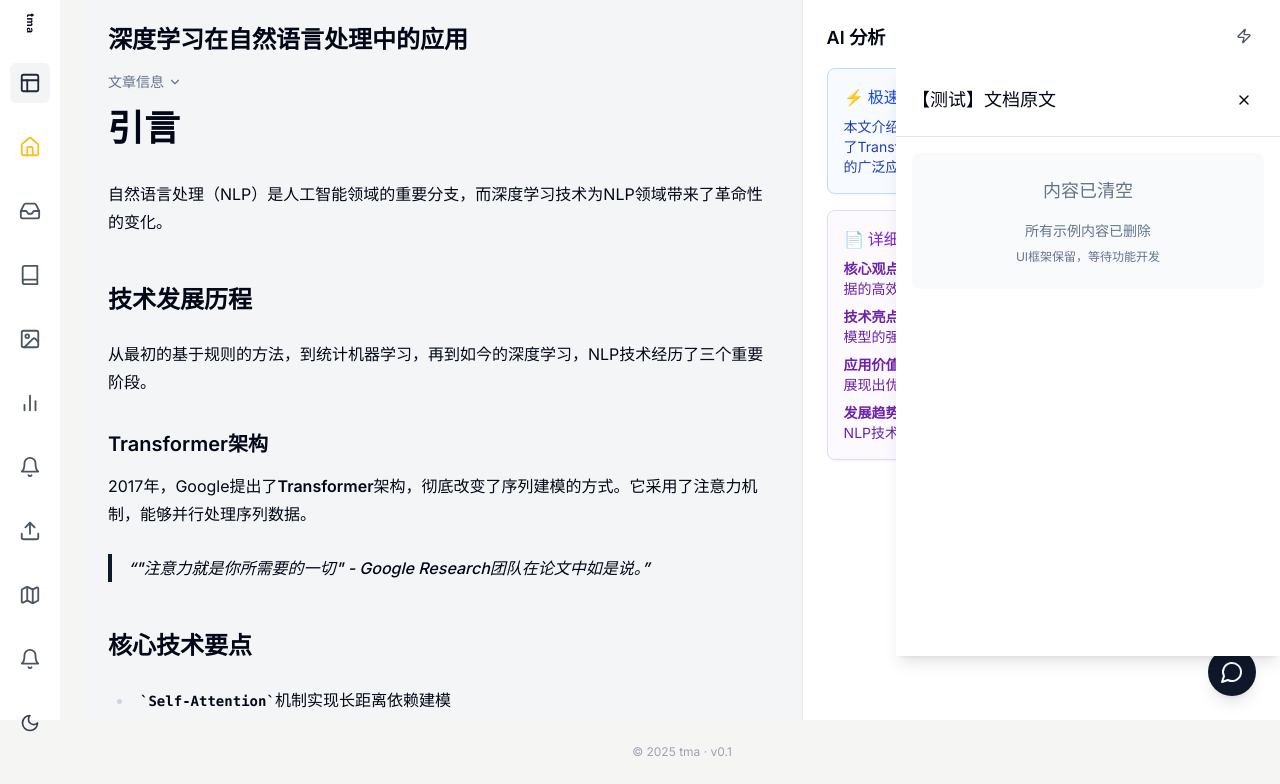
Repository: huzi7555/zsk888
Page: /demo, after clicking the first element matching `button.fixed`
The author's editor kept a copy of each file at every save. The page is drawn from the files as they stood at one save, then again after the next save.
The browser window is 1280 px wide. The pictures show the whole page.
An inner scrolling area shows only its first screen. The project was rebuilt for these pictures with package versions that can differ from the ones it lists, and the page was loaded fresh each time. The framework's server and built-in components were replaced by stand-ins that run in the browser. Also part of the build but not shown: next.config.mjs, app/components/RichEditor.tsx, app/components/SourceSelector.tsx, app/components/TagChip.tsx, app/store.ts, app/utils/aiFake.ts, app/utils/docParsers.ts, components/ui/input.tsx and 2 more.

Above is the page before, as saved 2025-06-11 11:00:32.

### app/layout.tsx
import "@/app/globals.css"
import type { ReactNode } from "react"
import { ThemeProvider } from "@/components/theme-provider"
import type { Metadata } from "next"
import { Inter as FontSans } from "next/font/google"
import { cn } from "@/lib/utils"
import LayoutShell from "@/app/components/LayoutShell"

const fontSans = FontSans({
  subsets: ["latin"],
  variable: "--font-sans",
})

export const metadata: Metadata = {
  title: "Taskmaster AI",
  description: "Your intelligent task management assistant.",
}

export default function RootLayout({ children }: { children: ReactNode }) {
  return (
    <html lang="en" suppressHydrationWarning>
      <head />
      <body
        className={cn(
          "min-h-screen bg-stone-100 font-sans antialiased dark:bg-stone-950",
          fontSans.variable
        )}
      >
        <ThemeProvider attribute="class" defaultTheme="system" enableSystem disableTransitionOnChange>
          <LayoutShell>{children}</LayoutShell>
        </ThemeProvider>
      </body>
    </html>
  )
}

### app/demo/page.tsx
import ArticleAnalysisLayout from "@/components/ArticleAnalysisLayout";

export default function DemoPage() {
  const mockArticle = {
    title: "深度学习在自然语言处理中的应用",
    content: `
      <h1>引言</h1>
      <p>自然语言处理（NLP）是人工智能领域的重要分支，而深度学习技术为NLP领域带来了革命性的变化。</p>

      <h2>技术发展历程</h2>
      <p>从最初的基于规则的方法，到统计机器学习，再到如今的深度学习，NLP技术经历了三个重要阶段。</p>

      <h3>Transformer架构</h3>
      <p>2017年，Google提出了<strong>Transformer</strong>架构，彻底改变了序列建模的方式。它采用了注意力机制，能够并行处理序列数据。</p>

      <blockquote>
        <p>"注意力就是你所需要的一切" - Google Research团队在论文中如是说。</p>
      </blockquote>

      <h2>核心技术要点</h2>
      <ul>
        <li><code>Self-Attention</code>机制实现长距离依赖建模</li>
        <li>多头注意力提升模型表达能力</li>
        <li>位置编码处理序列位置信息</li>
        <li>残差连接和层归一化确保训练稳定性</li>
      </ul>

      <h2>应用场景</h2>
      <p>深度学习在NLP中的应用非常广泛：</p>
      <ol>
        <li>机器翻译系统</li>
        <li>文本摘要生成</li>
        <li>对话系统与聊天机器人</li>
        <li>情感分析与文本分类</li>
      </ol>

      <h2>未来展望</h2>
      <p>随着大型语言模型的不断发展，我们期待看到更多创新的应用场景。从GPT系列到最新的多模态模型，技术发展日新月异。</p>
    `,
    meta: (
      <div className="space-y-2">
        <div><strong>作者:</strong> AI研究团队</div>
        <div><strong>发布时间:</strong> 2024年1月15日</div>
        <div><strong>字数:</strong> 约 1,200 字</div>
        <div><strong>标签:</strong> 深度学习, NLP, Transformer, AI</div>
        <div><strong>来源:</strong> 技术博客</div>
      </div>
    )
  };

  const mockAnalysis = {
    speedy: (
      <div>
        <h4 className="font-medium text-blue-700 mb-2">⚡ 极速摘要</h4>
        <p className="text-sm text-blue-800">
          本文介绍了深度学习在自然语言处理中的革命性应用，重点阐述了Transformer架构的重要性及其在机器翻译、文本摘要等领域的广泛应用前景。
        </p>
      </div>
    ),
    detail: (
      <div>
        <h4 className="font-medium text-purple-700 mb-2">📄 详细分析</h4>
        <div className="text-sm text-purple-800 space-y-2">
          <p><strong>核心观点:</strong> Transformer架构通过自注意力机制实现了对序列数据的高效并行处理。</p>
          <p><strong>技术亮点:</strong> 多头注意力、位置编码、残差连接等关键技术确保了模型的强大表达能力。</p>
          <p><strong>应用价值:</strong> 在机器翻译、对话系统、文本分类等多个NLP任务中展现出优异性能。</p>
          <p><strong>发展趋势:</strong> 从GPT到多模态模型，大型语言模型正在不断推动NLP技术边界。</p>
        </div>
      </div>
    )
  };

  return (
    <div className="h-screen">
      <ArticleAnalysisLayout
        article={mockArticle}
        analysis={mockAnalysis}
      />
    </div>
  );
}

### app/globals.css
@tailwind base;
@tailwind components;
@tailwind utilities;

body {
  font-family: Arial, Helvetica, sans-serif;
}

@layer utilities {
  .text-balance {
    text-wrap: balance;
  }
}

@layer base {
  :root {
    --background: 0 0% 100%;
    --foreground: 222.2 84% 4.9%;
    --card: 0 0% 100%;
    --card-foreground: 222.2 84% 4.9%;
    --popover: 0 0% 100%;
    --popover-foreground: 222.2 84% 4.9%;
    --primary: 222.2 47.4% 11.2%;
    --primary-foreground: 210 40% 98%;
    --secondary: 210 40% 96.1%;
    --secondary-foreground: 222.2 47.4% 11.2%;
    --muted: 210 40% 96.1%;
    --muted-foreground: 215.4 16.3% 46.9%;
    --accent: 210 40% 96.1%;
    --accent-foreground: 222.2 47.4% 11.2%;
    --destructive: 0 84.2% 60.2%;
    --destructive-foreground: 210 40% 98%;
    --border: 214.3 31.8% 91.4%;
    --input: 214.3 31.8% 91.4%;
    --ring: 222.2 84% 4.9%;
    --chart-1: 12 76% 61%;
    --chart-2: 173 58% 39%;
    --chart-3: 197 37% 24%;
    --chart-4: 43 74% 66%;
    --chart-5: 27 87% 67%;
    --radius: 0.5rem;
    --sidebar-background: 0 0% 98%; /* Will be overridden by global background */
    --sidebar-foreground: 240 5.3% 26.1%;
    --sidebar-primary: 240 5.9% 10%;
    --sidebar-primary-foreground: 0 0% 98%;
    --sidebar-accent: 240 4.8% 95.9%;
    --sidebar-accent-foreground: 240 5.9% 10%;
    --sidebar-border: 220 13% 91%;
    --sidebar-ring: 217.2 91.2% 59.8%;
    --page-bg: var(--background); /* Added for static header background */
  }
  .dark {
    --background: 222.2 84% 4.9%;
    --foreground: 210 40% 98%;
    --card: 222.2 84% 4.9%;
    --card-foreground: 210 40% 98%;
    --popover: 222.2 84% 4.9%;
    --popover-foreground: 210 40% 98%;
    --primary: 210 40% 98%;
    --primary-foreground: 222.2 47.4% 11.2%;
    --secondary: 217.2 32.6% 17.5%;
    --secondary-foreground: 210 40% 98%;
    --muted: 217.2 32.6% 17.5%;
    --muted-foreground: 215 20.2% 65.1%;
    --accent: 217.2 32.6% 17.5%;
    --accent-foreground: 210 40% 98%;
    --destructive: 0 62.8% 30.6%;
    --destructive-foreground: 210 40% 98%;
    --border: 217.2 32.6% 17.5%;
    --input: 217.2 32.6% 17.5%;
    --ring: 212.7 26.8% 83.9%;
    --chart-1: 220 70% 50%;
    --chart-2: 160 60% 45%;
    --chart-3: 30 80% 55%;
    --chart-4: 280 65% 60%;
    --chart-5: 340 75% 55%;
    --sidebar-background: 240 5.9% 10%; /* Will be overridden by global background */
    --sidebar-foreground: 240 4.8% 95.9%;
    --sidebar-primary: 224.3 76.3% 48%;
    --sidebar-primary-foreground: 0 0% 100%;
    --sidebar-accent: 240 3.7% 15.9%;
    --sidebar-accent-foreground: 240 4.8% 95.9%;
    --sidebar-border: 240 3.7% 15.9%;
    --sidebar-ring: 217.2 91.2% 59.8%;
    --page-bg-dark: var(--background); /* Added for static header background in dark mode */
  }
}

@layer base {
  * {
    @apply border-border;
  }
  html,
  body {
    /* Changed from body to html, body */
    @apply bg-background text-foreground;
  }
}

/* Markdown styling for prose */
.prose {
  color: var(--foreground);
}

.prose h1,
.prose h2,
.prose h3,
.prose h4,
.prose h5,
.prose h6 {
  color: var(--foreground);
}

.prose p {
  color: var(--foreground);
}

.prose a {
  color: var(--primary);
}

.prose code {
  background-color: var(--muted);
  color: var(--muted-foreground);
}

.prose pre {
  background-color: var(--muted);
  color: var(--muted-foreground);
}

.dark .prose {
  color: var(--foreground); /* In dark mode, foreground is light */
}

.dark .prose h1,
.dark .prose h2,
.dark .prose h3,
.dark .prose h4,
.dark .prose h5,
.dark .prose h6 {
  color: var(--foreground);
}

.dark .prose p {
  color: var(--foreground);
}

.dark .prose a {
  color: var(--primary); /* Primary is light in dark mode */
}

.dark .prose code {
  background-color: var(--muted);
  color: var(--muted-foreground);
}

.dark .prose pre {
  background-color: var(--muted);
  color: var(--muted-foreground);
}

### app/components/LayoutShell.tsx
"use client"
import { useState, type ReactNode } from "react"
import { LayoutPanelLeft } from "lucide-react"
import SideBar from "@/app/components/SideBar"
import { SiteFooter } from "@/app/components/SiteFooter"
import AppHeader from "@/app/components/AppHeader"
export default function LayoutShell({ children }: { children: ReactNode }) {
  const [collapsed, setCollapsed] = useState(false)

  const toggleCollapsed = () => setCollapsed(!collapsed)

  return (
    <>
      {/* SideBar with toggle function passed */}
      <SideBar collapsed={collapsed} toggleCollapsed={toggleCollapsed} />

      {/* AppHeader with quick upload button */}
      <AppHeader />

      {/* Collapsed state toggle button - only visible when sidebar is collapsed */}
      {collapsed && (
        <button
          onClick={toggleCollapsed}
          aria-label="Expand sidebar"
          className="fixed top-4 left-4 z-40 w-10 h-10 rounded-md bg-white shadow-sm transition
                   text-gray-800 hover:text-gray-900
                   flex items-center justify-center"
        >
          <LayoutPanelLeft size={22} />
        </button>
      )}

      {/* Content */}
      <div className={`min-h-screen flex flex-col transition-all duration-300 ${collapsed ? "pl-6" : "pl-[84px]"}`}>
        <main className="flex-1">{children}</main>
        <SiteFooter />
      </div>


    </>
  )
}

### app/components/SiteFooter.tsx
"use client"

export function SiteFooter() {
  return <footer className="w-full py-6 text-center text-xs text-gray-400">© 2025&nbsp;tma&nbsp;·&nbsp;v0.1</footer>
}

### app/components/AppHeader.tsx
"use client"
import QuickUploadTrigger from "@/app/components/QuickUploadTrigger"

export default function AppHeader() {
  return (
    <header className="fixed top-0 right-0 z-40 p-4">
      <QuickUploadTrigger />
    </header>
  )
}

### components/ui/card.tsx
import * as React from "react"

import { cn } from "@/lib/utils"

const Card = React.forwardRef<
  HTMLDivElement,
  React.HTMLAttributes<HTMLDivElement>
>(({ className, ...props }, ref) => (
  <div
    ref={ref}
    className={cn(
      "rounded-lg border bg-card text-card-foreground shadow-sm",
      className
    )}
    {...props}
  />
))
Card.displayName = "Card"

const CardHeader = React.forwardRef<
  HTMLDivElement,
  React.HTMLAttributes<HTMLDivElement>
>(({ className, ...props }, ref) => (
  <div
    ref={ref}
    className={cn("flex flex-col space-y-1.5 p-6", className)}
    {...props}
  />
))
CardHeader.displayName = "CardHeader"

const CardTitle = React.forwardRef<
  HTMLDivElement,
  React.HTMLAttributes<HTMLDivElement>
>(({ className, ...props }, ref) => (
  <div
    ref={ref}
    className={cn(
      "text-2xl font-semibold leading-none tracking-tight",
      className
    )}
    {...props}
  />
))
CardTitle.displayName = "CardTitle"

const CardDescription = React.forwardRef<
  HTMLDivElement,
  React.HTMLAttributes<HTMLDivElement>
>(({ className, ...props }, ref) => (
  <div
    ref={ref}
    className={cn("text-sm text-muted-foreground", className)}
    {...props}
  />
))
CardDescription.displayName = "CardDescription"

const CardContent = React.forwardRef<
  HTMLDivElement,
  React.HTMLAttributes<HTMLDivElement>
>(({ className, ...props }, ref) => (
  <div ref={ref} className={cn("p-6 pt-0", className)} {...props} />
))
CardContent.displayName = "CardContent"

const CardFooter = React.forwardRef<
  HTMLDivElement,
  React.HTMLAttributes<HTMLDivElement>
>(({ className, ...props }, ref) => (
  <div
    ref={ref}
    className={cn("flex items-center p-6 pt-0", className)}
    {...props}
  />
))
CardFooter.displayName = "CardFooter"

export { Card, CardHeader, CardFooter, CardTitle, CardDescription, CardContent }

### components/ui/button.tsx
import * as React from "react"
import { Slot } from "@radix-ui/react-slot"
import { cva, type VariantProps } from "class-variance-authority"

import { cn } from "@/lib/utils"

const buttonVariants = cva(
  "inline-flex items-center justify-center gap-2 whitespace-nowrap rounded-md text-sm font-medium ring-offset-background transition-colors focus-visible:outline-none disabled:pointer-events-none disabled:opacity-50 [&_svg]:pointer-events-none [&_svg]:size-4 [&_svg]:shrink-0",
  {
    variants: {
      variant: {
        default: "bg-primary text-primary-foreground hover:bg-primary/90",
        destructive: "bg-destructive text-destructive-foreground hover:bg-destructive/90",
        outline: "border border-input bg-background hover:bg-accent hover:text-accent-foreground",
        secondary: "bg-secondary text-secondary-foreground hover:bg-secondary/80",
        ghost: "hover:bg-accent hover:text-accent-foreground",
        link: "text-primary underline-offset-4 hover:underline",
      },
      size: {
        default: "h-10 px-4 py-2",
        sm: "h-9 rounded-md px-3",
        lg: "h-11 rounded-md px-8",
        icon: "h-10 w-10",
      },
    },
    defaultVariants: {
      variant: "default",
      size: "default",
    },
  },
)

export interface ButtonProps
  extends React.ButtonHTMLAttributes<HTMLButtonElement>,
    VariantProps<typeof buttonVariants> {
  asChild?: boolean
}

const Button = React.forwardRef<HTMLButtonElement, ButtonProps>(
  ({ className, variant, size, asChild = false, type = "button", ...props }, ref) => {
    const Comp = asChild ? Slot : "button"
    return <Comp className={cn(buttonVariants({ variant, size, className }))} ref={ref} type={type} {...props} />
  },
)
Button.displayName = "Button"

export { Button, buttonVariants }

### components/ChatDrawer.tsx
"use client";

import { AnimatePresence, motion } from "framer-motion";
import { X } from "lucide-react";
import { Button } from "@/components/ui/button";

interface ChatDrawerProps {
  open: boolean;
  onClose: () => void;
}

/**
 * 右侧抽屉
 * ------------------------------------------------------------------
 * ✧ 固定在 viewport 右侧（`right-0`）\
 * ✧ 宽度：移动端占满宽度；≥ 768 px 时固定 384 px（`w-full md:w-96`）\
 * ✧ framer-motion 进入 / 退出动画\
 * ------------------------------------------------------------------
 */
export default function ChatDrawer({ open, onClose }: ChatDrawerProps) {
  return (
    <AnimatePresence>
      {open && (
        <motion.div
          key="chat-drawer"
          initial={{ x: "100%" }}
          animate={{ x: 0 }}
          exit={{ x: "100%" }}
          transition={{ type: "tween", duration: 0.25 }}
          className="fixed top-16 bottom-16 right-0 z-50 w-full md:w-96 shadow-lg bg-background flex flex-col outline-none"
        >
          {/* —— 顶部栏 —— */}
          <div className="flex items-center justify-between p-4 border-b">
            <h2 className="font-medium text-lg">【测试】文档原文</h2>
            <Button
              onClick={onClose}
              variant="ghost"
              size="icon"
              aria-label="关闭"
            >
              <X className="h-5 w-5" />
            </Button>
          </div>

          {/* 内容区域 */}
          <div className="flex-1 overflow-y-auto p-4">
            <div className="text-center text-muted-foreground bg-gray-50 p-6 rounded-lg">
              <h3 className="text-lg font-medium mb-4">内容已清空</h3>
              <p className="text-sm">所有示例内容已删除</p>
              <p className="text-xs mt-2">UI框架保留，等待功能开发</p>
            </div>
          </div>
        </motion.div>
      )}
    </AnimatePresence>
  );
}

### components/FoldableMeta.tsx
"use client";

import { useState } from "react";
import { ChevronDown, ChevronUp } from "lucide-react";

export default function FoldableMeta({ children }: { children: React.ReactNode }) {
  const [open, setOpen] = useState(false);

  return (
    <div className="mb-4">
      <button
        onClick={() => setOpen(!open)}
        className="flex items-center gap-1 text-sm text-muted-foreground hover:text-foreground transition-colors"
      >
        文章信息 {open ? <ChevronUp size={14} /> : <ChevronDown size={14} />}
      </button>
      {open && (
        <div className="mt-2 text-sm text-muted-foreground bg-muted/30 rounded-lg p-3 border">
          {children}
        </div>
      )}
    </div>
  );
}

### app/components/QuickUploadTrigger.tsx
"use client"
import * as Dialog from "@radix-ui/react-dialog"
import { useRef } from "react"
import { Zap } from "lucide-react"
import { Button } from "@/components/ui/button"
import UploadFormContent from "@/app/components/UploadFormContent"

export default function QuickUploadTrigger() {
  const formRef = useRef<{ submit: () => void } | null>(null)

  return (
    <Dialog.Root>
      <Dialog.Trigger asChild>
        <Button
          variant="ghost"
          size="icon"
          className="text-gray-600 hover:text-gray-800 transition-colors dark:text-gray-400 dark:hover:text-white"
          title="快速上传"
        >
          <Zap size={20} />
        </Button>
      </Dialog.Trigger>
      <Dialog.Portal>
        <Dialog.Content
          className="fixed right-0 top-0 h-full w-[480px] flex flex-col
                                  bg-white dark:bg-[#333] shadow z-50" // z-50 retained
        >
          <div className="flex-1 overflow-y-auto p-6">
            <UploadFormContent ref={formRef} showFooter={false} />
          </div>

          {/* 统一的确认条（只有这一条） */}
          <div
            className="h-16 shrink-0 flex items-center justify-end gap-4 px-6 border-t
                          bg-white/90 dark:bg-[#222]/90 backdrop-blur"
          >
            <Dialog.Close asChild>
              <Button variant="ghost" className="text-gray-600 hover:text-black dark:text-gray-300">
                取消
              </Button>
            </Dialog.Close>

            {/* 用 Dialog.Close 包裹确认按钮，提交后自动关闭 */}
            <Dialog.Close asChild>
              <Button variant="default" onClick={() => formRef.current?.submit()}>
                确认上传
              </Button>
            </Dialog.Close>
          </div>
        </Dialog.Content>
      </Dialog.Portal>
    </Dialog.Root>
  )
}

### tailwind.config.ts
import type { Config } from "tailwindcss"
import { fontFamily } from "tailwindcss/defaultTheme"

const config = {
  darkMode: ["class"],
  content: [
    './app/**/*.{js,ts,jsx,tsx,mdx}',
    './components/**/*.{js,ts,jsx,tsx,mdx}',
  ],
  prefix: "",
  theme: {
    container: {
      center: true,
      padding: "2rem",
      screens: {
        "2xl": "1400px",
      },
    },
    extend: {
      fontFamily: {
        sans: ["var(--font-sans)", ...fontFamily.sans],
      },
      colors: {
        border: "hsl(var(--border))",
        input: "hsl(var(--input))",
        ring: "hsl(var(--ring))",
        background: "hsl(var(--background))",
        foreground: "hsl(var(--foreground))",
        primary: {
          DEFAULT: "hsl(var(--primary))",
          foreground: "hsl(var(--primary-foreground))",
        },
        secondary: {
          DEFAULT: "hsl(var(--secondary))",
          foreground: "hsl(var(--secondary-foreground))",
        },
        destructive: {
          DEFAULT: "hsl(var(--destructive))",
          foreground: "hsl(var(--destructive-foreground))",
        },
        muted: {
          DEFAULT: "hsl(var(--muted))",
          foreground: "hsl(var(--muted-foreground))",
        },
        accent: {
          DEFAULT: "hsl(var(--accent))",
          foreground: "hsl(var(--accent-foreground))",
        },
        popover: {
          DEFAULT: "hsl(var(--popover))",
          foreground: "hsl(var(--popover-foreground))",
        },
        card: {
          DEFAULT: "hsl(var(--card))",
          foreground: "hsl(var(--card-foreground))",
        },
      },
      borderRadius: {
        lg: "var(--radius)",
        md: "calc(var(--radius) - 2px)",
        sm: "calc(var(--radius) - 4px)",
      },
      keyframes: {
        "accordion-down": {
          from: { height: "0" },
          to: { height: "var(--radix-accordion-content-height)" },
        },
        "accordion-up": {
          from: { height: "var(--radix-accordion-content-height)" },
          to: { height: "0" },
        },
      },
      animation: {
        "accordion-down": "accordion-down 0.2s ease-out",
        "accordion-up": "accordion-up 0.2s ease-out",
      },
      transitionProperty: {
        'width': 'width',
        'width-height': 'width, height',
      },
    },
  },
  plugins: [require("tailwindcss-animate"), require("@tailwindcss/typography")],
} satisfies Config

export default config

Loaded but not shown: components/theme-provider.tsx (common file); lib/utils.ts (common file); components/ArticleAnalysisLayout.tsx (323 lines, source omitted); app/components/SideBar.tsx (137 lines, source omitted)

After the next save:
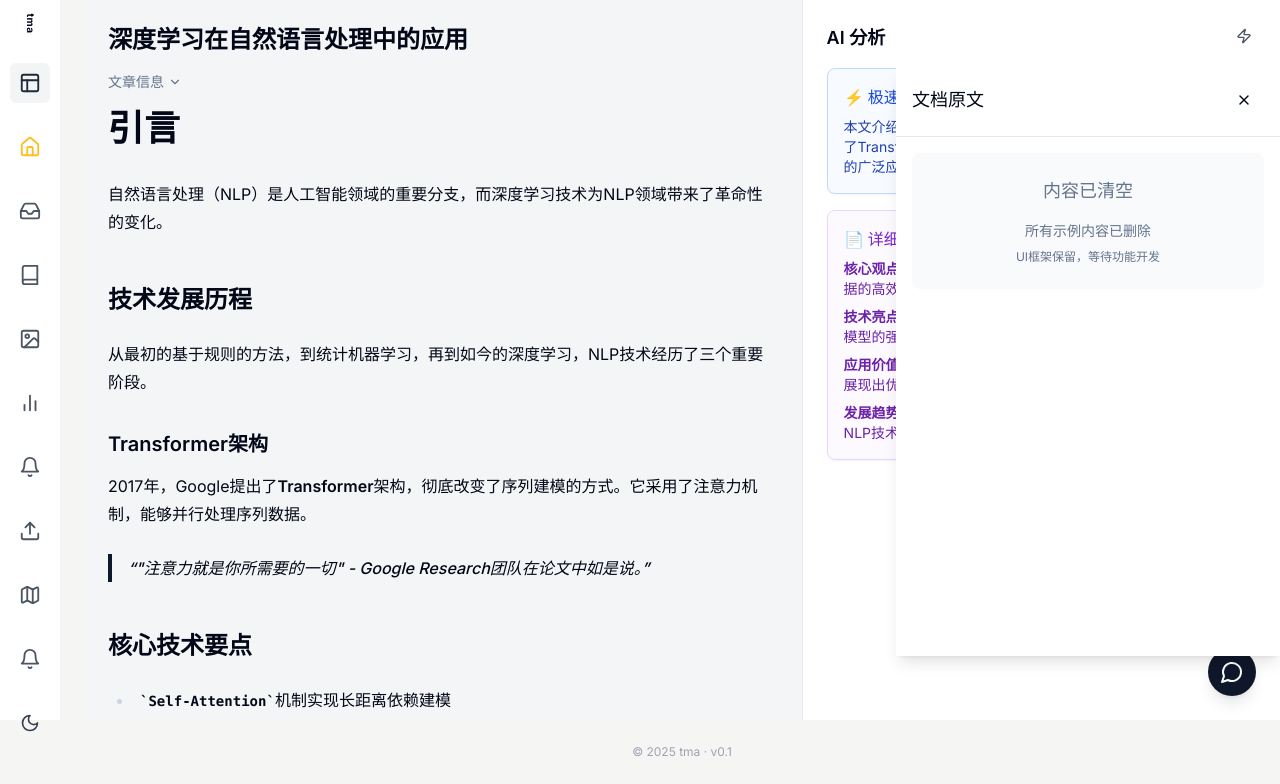
Saved 8 s later.
--- a/components/ChatDrawer.tsx
+++ b/components/ChatDrawer.tsx
@@ -29,9 +29,9 @@ export default function ChatDrawer({ open, onClose }: ChatDrawerProps) {
           transition={{ type: "tween", duration: 0.25 }}
           className="fixed top-16 bottom-16 right-0 z-50 w-full md:w-96 shadow-lg bg-background flex flex-col outline-none"
         >
-          {/* —— 顶部栏 —— */}
+          {/* 顶部栏 */}
           <div className="flex items-center justify-between p-4 border-b">
-            <h2 className="font-medium text-lg">【测试】文档原文</h2>
+            <h2 className="font-medium text-lg">文档原文</h2>
             <Button
               onClick={onClose}
               variant="ghost"
